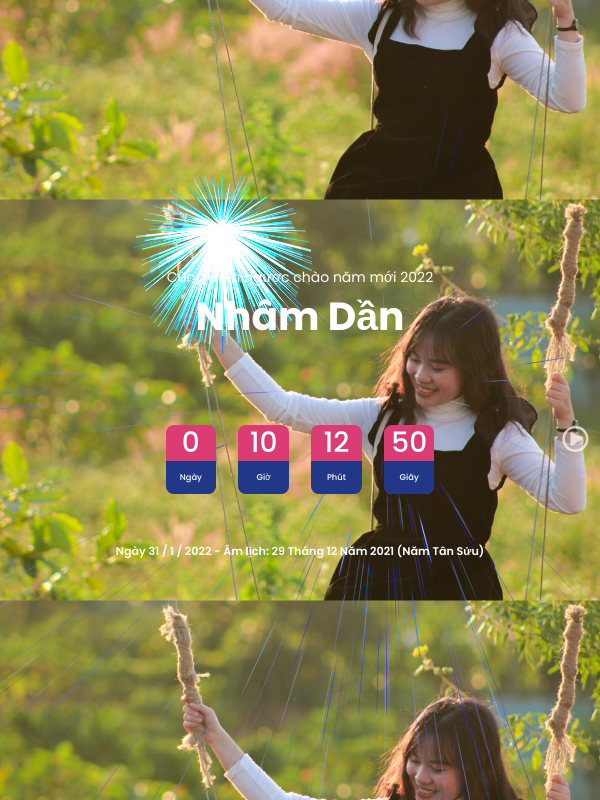
Repository: nguyenban1903/nguyenban1903.github.io
Page: huonggiangcountdown/index.html
The author's editor kept a copy of each file at every save. The page is drawn from the files as they stood at one save, then again after the next save.
The browser window is 600 px wide. The pictures show the whole page.
Some web libraries are served in a nearby version.

Above is the page before, as saved 2022-01-31 14:07:17.

### huonggiangcountdown/index.html
<!DOCTYPE html>
<html lang="en">
  <head>
    <meta charset="UTF-8" />
    <meta http-equiv="X-UA-Compatible" content="IE=edge" />
    <meta name="viewport" content="width=device-width, initial-scale=1.0" />
    <title>Happy New Year - Lunar New Year Vietnamese</title>
    <link rel="shortcut icon" href="./assets/icon/dobee.ico" type="image/x-icon">
    <link rel="icon" href="./assets/icon/dobee.ico" type="image/x-icon">
    <link rel="preconnect" href="https://fonts.googleapis.com" />
    <link rel="preconnect" href="https://fonts.gstatic.com" crossorigin />
    <link
      href="https://fonts.googleapis.com/css2?family=Poppins:wght@300;400;500;600;700;800;900&display=swap"
      rel="stylesheet"
    />
    <link rel="stylesheet" href="https://pro.fontawesome.com/releases/v5.10.0/css/all.css" integrity="sha384-AYmEC3Yw5cVb3ZcuHtOA93w35dYTsvhLPVnYs9eStHfGJvOvKxVfELGroGkvsg+p" crossorigin="anonymous"/>
    <link rel="stylesheet" href="./assets/css/style.css" />
  </head>
  <body>
    <div class="content-wrapper">
      <p class="header">
        Cùng đếm ngược chào năm mới <span id="newyear-positive">0000</span>
      </p>
      <h1 class="newyear">---</h1>
      <div class="time">
        <div class="time-box">
          <div class="time-box__count">
            <span id="days">0</span>
          </div>
          <div class="time-box__text">Ngày</div>
        </div>
        <div class="time-box">
          <div class="time-box__count">
            <span id="hours">0</span>
          </div>
          <div class="time-box__text">Giờ</div>
        </div>
        <div class="time-box">
          <div class="time-box__count">
            <span id="minutes">0</span>
          </div>
          <div class="time-box__text">Phút</div>
        </div>
        <div class="time-box">
          <div class="time-box__count">
            <span id="seconds">0</span>
          </div>
          <div class="time-box__text">Giây</div>
        </div>
      </div>

      <div class="current-date">
        <span class="date-positive">----</span>
        <span class="date-lunar">---</span>
      </div>
      <div class="musics">
        <i class="far fa-play-circle play-btn"></i>
        <i class="far fa-pause-circle pause-btn hide"></i>
      </div>
    </div>
    <div
      class="firework-container"
      style="background-image: url('./assets/img/g5.jpg')"
    ></div>
    <script src="./assets/js/fireworks.js"></script>
    <script src="./assets/js/amlich-nbd.js"></script>
    <script src="./assets/js/app.js"></script>
  </body>
</html>

### huonggiangcountdown/assets/css/style.css
:root {
  --txt-color: #fff;
  --timer-box-bg: #db3c74;
  --timer-box-txt-bg: #203887;
}

* {
  margin: 0;
  padding: 0;
  box-sizing: border-box;
}

html {
  user-select: none;
  font-family: "Poppins", sans-serif;
}

body {
  height: 100vh;
  color: var(--txt-color);
  overflow: hidden;
}

.firework-container {
  position: fixed;
  z-index: 0;
  left: 0;
  top: 0;
  width: 100%;
  height: 100%;
  background-position: right;
  background-size: contain;
  background-repeat: repeat;
}

.content-wrapper {
  position: absolute;
  z-index: 999;
  top: 0;
  left: -80px;
  width: 100%;
  height: 100%;
  display: flex;
  flex-direction: column;
  justify-content: center;
  align-items: center;
}

.header {
  font-size: 2rem;
  font-weight: 400;
  margin-bottom: 15px;
}

.newyear {
  font-size: 5rem;
  font-weight: 700;
  line-height: 1.5;
  margin-bottom: 27px
}

.time {
  display: flex;
  justify-content: center;
  align-items: center;
}

.time > * ~ * {
  margin-left: 4rem;
}

.time-box {
  background-color: var(--timer-box-bg);
  border-radius: 8px;
}

.time-box__count {
  width: 9rem;
  height: 9rem;
  display: flex;
  flex-direction: column;
  align-items: center;
  justify-content: center;
}

.time-box__count > span {
  font-size: 5rem;
  font-weight: 500;
}

.time-box__text {
  background-color: var(--timer-box-txt-bg);
  font-size: 1.5rem;
  font-weight: 500;
  text-align: center;
  padding: 10px 0;
  border-bottom-left-radius: 8px;
  border-bottom-right-radius: 8px;
}

.current-date {
  position: absolute;
  bottom: 25px;
}

.date-positive {
  font-size: 1.3rem;
  font-weight: 400;
}

.date-lunar {
  font-size: 1.3rem;
  font-weight: 400;
}

.musics {
  position: absolute;
  bottom: 26px;
  right: 24px;
  cursor: pointer;
}
.hide {
  display: none;
}
.musics > i {
  font-size: 2.4rem;
  opacity: 0.7;
}

@keyframes rotateBtn {
  from {
    transform: rotate(0);
  }
  to {
    transform: rotate(360deg);
  }
}

@media only screen and (min-width: 701px) and (max-width: 1200px) {
  html {
    font-size: 55%;
  }
  .content-wrapper{
    left: 0;
  }
  .header {
    font-size: 3rem;
    font-weight: 400;
  }
  .newyear {
    margin-bottom: 1.5em;
    font-size: 10rem;
    font-weight: 700;
    line-height: 2;
  }
  .time{
    bottom: 8em;
  }
  .time-box{
    height:12em;
  }
  .time-box__count{
    display: flex;
    flex-direction: column;
    align-items: center;
    justify-content: center;
  }
  .current-date {
    bottom: 8em;
  }
  .date-positive {
    font-size: 1.5rem;
    font-weight: 600;
  }
  .date-lunar {
    font-size: 1.5rem;
    font-weight: 600;
  }
  .musics {
    bottom: 10em;
    right: 1em;
  }
  .musics > i {
    font-size: 3.6rem;
    opacity: 0.7;
  }
}

@media only screen and (max-width: 700px) {
  html {
    font-size: 35%;
  }
  .content-wrapper{
    left: 0;
    margin: 0;
    padding: auto;
  }
  .header {
    margin-bottom: 0;
    font-size: 2.5rem;
    text-align: center;
  }
  .newyear {
    margin-bottom: 2em;
    font-size: 7rem;
    font-weight: 700;
    line-height: 1.5;
    text-align: center;
  }
  .time{
    padding-bottom: 7em;
  }
  .time-box__count{
    height: 6.5em;
  }
  .date-positive {
    font-size: 2rem;
    font-weight: 600;
    text-align: center;
  }
  .current-date {
    /* position : absolute; */
    text-align: center;
    font-size: 1.7em;
    bottom: 30%;
  }
  .date-lunar {
    font-size: 2rem;
    font-weight: 600;
  }
  .musics {
    bottom: 62em;
    right: 2em;
  }
  .musics > i {
    font-size: 4.8rem;
    opacity: 0.7;
  }

}

### huonggiangcountdown/assets/js/amlich-nbd.js
const CAN = [ "Giáp", "Ất", "Bính", "Đinh", "Mậu", "Kỷ", "Canh", "Tân", "Nhâm", "Quý", ];
const CHI = [ "Tý", "Sửu", "Dần", "Mão", "Thìn", "Tỵ", "Ngọ", "Mùi", "Thân", "Dậu", "Tuất", "Hợi", ];

TK13 = new Array(
    0x226da2, 0x4695d0, 0x3349dc, 0x5849b0, 0x42a4b0, 0x2aaab8, 0x506a50, 0x3ab540, 0x24bb44, 0x48ab6,
    0x3495b0, 0x205372, 0x464970, 0x2e64f9, 0x5454b0, 0x3e6a50, 0x296c57, 0x4c5ac0, 0x36ab60, 0x2386e,
    0x4892e0, 0x30c97c, 0x56c960, 0x40d4a0, 0x2adaa8, 0x4eb550, 0x3a56a0, 0x24adb5, 0x4c25d0, 0x3492e,
    0x1ed2b2, 0x44a950, 0x2ed4d9, 0x52b2a0, 0x3cb550, 0x285757, 0x4e4da0, 0x36a5b0, 0x225574, 0x4852b,
    0x33a93c, 0x566930, 0x406aa0, 0x2aada8, 0x50ab50, 0x3a4b60, 0x24aae4, 0x4aa570, 0x365270, 0x1f526,
    0x42e530, 0x2e6cba, 0x5456a0, 0x3c5b50, 0x294ad6, 0x4e4ae0, 0x38a4e0, 0x20d4d4, 0x46d260, 0x30d53,
    0x56b520, 0x3eb6a0, 0x2b56a9, 0x505570, 0x3c49d0, 0x25a1b5, 0x4aa4b0, 0x34aa50, 0x1eea51, 0x42b52,
    0x2cb5aa, 0x52ab60, 0x3e95b0, 0x284b76, 0x4e4970, 0x3864b0, 0x22b4b3, 0x466a50, 0x306b3b, 0x565ac,
    0x40ab60, 0x2b2ad8, 0x5049e0, 0x3aa4d0, 0x24d4b5, 0x48b250, 0x32b520, 0x1cf522, 0x42b5a0, 0x2c95e,
    0x5295b0, 0x3e49b0, 0x28a576, 0x4ca4b0, 0x36aa50, 0x20ba54, 0x466d40, 0x2ead6c, 0x54ab60, 0x409370
  )
  TK14 = new Array(
    0x2d49b8, 0x504970, 0x3a64b0, 0x246ca5, 0x48da50, 0x325aa0, 0x1cd6c1, 0x42a6e0, 0x2e92fb, 0x5292e,
    0x3cc960, 0x26d557, 0x4cd4a0, 0x34d550, 0x215553, 0x4656a0, 0x30a6d0, 0x1aa5d1, 0x4092b0, 0x2aa5b,
    0x50a950, 0x38b2a0, 0x23b2a5, 0x48ad50, 0x344da0, 0x1ccba1, 0x42a570, 0x2e52f9, 0x545270, 0x3c693,
    0x266b37, 0x4c6aa0, 0x36ab50, 0x205753, 0x464b60, 0x30a67c, 0x56a2e0, 0x3ed160, 0x28e968, 0x4ed4a,
    0x38daa0, 0x225ea5, 0x4856d0, 0x344ae0, 0x1f85d2, 0x42a2d0, 0x2cd17a, 0x52aa50, 0x3cb520, 0x24d74,
    0x4aada0, 0x3655d0, 0x2253b3, 0x4645b0, 0x30a2b0, 0x1ba2b1, 0x40aa50, 0x28b559, 0x4e6b20, 0x38ad6,
    0x255365, 0x489370, 0x344570, 0x1ea573, 0x4452b0, 0x2c6a6a, 0x50d950, 0x3c5aa0, 0x27aac7, 0x4aa6e,
    0x3652e0, 0x20cae3, 0x46a560, 0x2ed2bb, 0x54d2a0, 0x3ed550, 0x2a5ad9, 0x4e56a0, 0x38a6d0, 0x2455d,
    0x4a52b0, 0x32a8d0, 0x1ce552, 0x42b2a0, 0x2cb56a, 0x50ad50, 0x3c4da0, 0x26a7a6, 0x4ca570, 0x3651b,
    0x21a174, 0x466530, 0x316a9c, 0x545aa0, 0x3eab50, 0x2a2bd9, 0x502b60, 0x38a370, 0x2452e5, 0x48d160
  )
  TK15 = new Array(
    0x32e4b0, 0x1c7523, 0x40daa0, 0x2d5b4b, 0x5256d0, 0x3c2ae0, 0x26a3d7, 0x4ca2d0, 0x36d150, 0x1ed95,
    0x44b520, 0x2eb69c, 0x54ada0, 0x3e55d0, 0x2b25b9, 0x5045b0, 0x3aa2b0, 0x22aab5, 0x48a950, 0x32b52,
    0x1ceaa1, 0x40ab60, 0x2c55bc, 0x524b70, 0x3e4570, 0x265377, 0x4c52b0, 0x366950, 0x216954, 0x445aa,
    0x2eab5c, 0x54a6e0, 0x404ae0, 0x28a5e8, 0x4ea560, 0x38d2a0, 0x22eaa6, 0x46d550, 0x3256a0, 0x1d95a,
    0x4295d0, 0x2c4afb, 0x5249b0, 0x3ca4d0, 0x26d2d7, 0x4ab2a0, 0x34b550, 0x205d54, 0x462da0, 0x2e95b,
    0x1b1571, 0x4049b0, 0x2aa4f9, 0x4e64b0, 0x386a90, 0x22aea6, 0x486b50, 0x322b60, 0x1caae2, 0x42937,
    0x2f496b, 0x50c960, 0x3ae4d0, 0x266b27, 0x4adaa0, 0x345ad0, 0x2036d3, 0x4626e0, 0x3092e0, 0x18d2d,
    0x3ec950, 0x28d4d9, 0x4eb4a0, 0x36b690, 0x2355a6, 0x4855b0, 0x3425d0, 0x1ca5b2, 0x4292b0, 0x2ca97,
    0x526950, 0x3a74a0, 0x24b5a8, 0x4aab60, 0x3653b0, 0x202b74, 0x462570, 0x3052b0, 0x1ad2b1, 0x3e695,
    0x286ad9, 0x4e5aa0, 0x38ab50, 0x224ed5, 0x484ae0, 0x32a370, 0x1f44e3, 0x40d2a0, 0x2bd94b, 0x50b550
  )
  TK16 = new Array(
    0x3c56a0, 0x2497a7, 0x4a95d0, 0x364ae0, 0x20a9b4, 0x44a4d0, 0x2ed250, 0x19aaa1, 0x3eb550, 0x2856d,
    0x4e2da0, 0x3895b0, 0x244b75, 0x484970, 0x32a4b0, 0x1cb4b4, 0x426a90, 0x2aad5c, 0x505b50, 0x3c2b6,
    0x2695e8, 0x4a92f0, 0x364970, 0x206964, 0x44d4a0, 0x2cea5c, 0x52d690, 0x3e56d0, 0x2b2b5a, 0x4e26e,
    0x3892e0, 0x22cad6, 0x48c950, 0x30d4a0, 0x1af4a2, 0x40b590, 0x2c56dc, 0x5055b0, 0x3c25d0, 0x2693b,
    0x4c92b0, 0x34a950, 0x1fb155, 0x446ca0, 0x2ead50, 0x192b61, 0x3e4bb0, 0x2a25f9, 0x502570, 0x3852b,
    0x22aaa6, 0x46e950, 0x326aa0, 0x1abaa3, 0x40ab50, 0x2c4b7b, 0x524ae0, 0x3aa570, 0x2652d7, 0x4ad26,
    0x34d950, 0x1e5d55, 0x4456a0, 0x2e96d0, 0x1a55d2, 0x3e4ae0, 0x28a4fa, 0x4ea4d0, 0x38d250, 0x20d69,
    0x46b550, 0x3235a0, 0x1caba2, 0x4095b0, 0x2d49bc, 0x524970, 0x3ca4b0, 0x24b2b8, 0x4a6a50, 0x346d4,
    0x1fab54, 0x442ba0, 0x2e9370, 0x2e52f2, 0x544970, 0x3c64e9, 0x60d4a0, 0x4aea50, 0x373aa6, 0x5a56d,
    0x462b60, 0x3185e3, 0x5692e0, 0x3ec97b, 0x64a950, 0x4ed4a0, 0x38daa8, 0x5cb550, 0x4856b0, 0x342da4
  )
  TK17 = new Array(
    0x58a5d0, 0x4292d0, 0x2cd2b2, 0x52a950, 0x3cb4d9, 0x606aa0, 0x4aad50, 0x365756, 0x5c4ba0, 0x44a5b,
    0x314573, 0x5652b0, 0x41a94b, 0x62e950, 0x4e6aa0, 0x38ada8, 0x5e9b50, 0x484b60, 0x32aae4, 0x58a4f,
    0x445260, 0x2bd262, 0x50d550, 0x3d5a9a, 0x6256a0, 0x4a96d0, 0x3749d6, 0x5c49e0, 0x46a4d0, 0x2ed4d,
    0x54d250, 0x3ed53b, 0x64b540, 0x4cb5a0, 0x3995a8, 0x5e95b0, 0x4a49b0, 0x32a974, 0x58a4b0, 0x42aa5,
    0x2cea51, 0x506d40, 0x3aadbb, 0x622b60, 0x4c9370, 0x364af6, 0x5c4970, 0x4664b0, 0x3074a3, 0x52da5,
    0x3e6b5b, 0x6456d0, 0x502ae0, 0x3893e7, 0x5e92e0, 0x48c960, 0x33d155, 0x56d4a0, 0x40da50, 0x2d355,
    0x5256a0, 0x3aa6fa, 0x6225d0, 0x4c92d0, 0x36aab6, 0x5aa950, 0x44b4a0, 0x2ebaa4, 0x54ad50, 0x3f55a,
    0x644ba0, 0x4ea5b0, 0x3b5278, 0x5e52b0, 0x486930, 0x327555, 0x586aa0, 0x40ab50, 0x2c5b52, 0x524b6,
    0x3da56a, 0x60a4f0, 0x4c5260, 0x34ea66, 0x5ad530, 0x445aa0, 0x2eb6a3, 0x5496d0, 0x404ae0, 0x28c9d,
    0x4ea4d0, 0x38d2d8, 0x5eb250, 0x46b520, 0x31d545, 0x56ada0, 0x4295d0, 0x2c55b2, 0x5249b0, 0x3ca4f9
  )
  TK18 = new Array(
    0x62a4b0, 0x4caa50, 0x37b457, 0x5c6b40, 0x46ada0, 0x305b64, 0x569370, 0x424970, 0x2cc971, 0x5064b,
    0x3a6aa8, 0x5eda50, 0x4a5aa0, 0x32aec5, 0x58a6e0, 0x4492f0, 0x3052e2, 0x52c960, 0x3dd49a, 0x62d4a,
    0x4cd550, 0x365b57, 0x5c56a0, 0x46a6d0, 0x3295d4, 0x5692d0, 0x40a95c, 0x2ad4b0, 0x50b2a0, 0x38b5a,
    0x5ead50, 0x4a4da0, 0x34aba4, 0x58a570, 0x4452b0, 0x2eb273, 0x546930, 0x3c6abb, 0x626aa0, 0x4cab5,
    0x394b57, 0x5c4b60, 0x46a570, 0x3252e4, 0x56d160, 0x3ee93c, 0x64d520, 0x4edaa0, 0x3b5b29, 0x5e56d,
    0x4a4ae0, 0x34a5d5, 0x5aa2d0, 0x42d150, 0x2cea52, 0x52b520, 0x3cd6ab, 0x60ada0, 0x4c55d0, 0x384bb,
    0x5e45b0, 0x46a2b0, 0x30d2b4, 0x56aa50, 0x41b52c, 0x646b20, 0x4ead60, 0x3a55e9, 0x609370, 0x4a457,
    0x34a575, 0x5a52b0, 0x446a50, 0x2d5a52, 0x525aa0, 0x3dab4b, 0x62a6e0, 0x4c92e0, 0x36c6e6, 0x5ca56,
    0x46d4a0, 0x2eeaa5, 0x54d550, 0x4056a0, 0x2ad5a1, 0x4ea5d0, 0x3b52d9, 0x6052b0, 0x4aa950, 0x32d55,
    0x58b2a0, 0x42b550, 0x2e6d52, 0x524da0, 0x3da5cb, 0x62a570, 0x4e51b0, 0x36a977, 0x5c6530, 0x466a90
  )
  TK19 = new Array(
    0x30baa3, 0x56ab50, 0x422ba0, 0x2cab61, 0x52a370, 0x3c51e8, 0x60d160, 0x4ae4b0, 0x376926, 0x58daa0,
    0x445b50, 0x3116d2, 0x562ae0, 0x3ea2e0, 0x28e2d2, 0x4ec950, 0x38d556, 0x5cb520, 0x46b690, 0x325da4,
    0x5855d0, 0x4225d0, 0x2ca5b3, 0x52a2b0, 0x3da8b7, 0x60a950, 0x4ab4a0, 0x35b2a5, 0x5aad50, 0x4455b0,
    0x302b74, 0x562570, 0x4052f9, 0x6452b0, 0x4e6950, 0x386d56, 0x5e5aa0, 0x46ab50, 0x3256d4, 0x584ae0,
    0x42a570, 0x2d4553, 0x50d2a0, 0x3be8a7, 0x60d550, 0x4a5aa0, 0x34ada5, 0x5a95d0, 0x464ae0, 0x2eaab4,
    0x54a4d0, 0x3ed2b8, 0x64b290, 0x4cb550, 0x385757, 0x5e2da0, 0x4895d0, 0x324d75, 0x5849b0, 0x42a4b0,
    0x2da4b3, 0x506a90, 0x3aad98, 0x606b50, 0x4c2b60, 0x359365, 0x5a9370, 0x464970, 0x306964, 0x52e4a0,
    0x3cea6a, 0x62da90, 0x4e5ad0, 0x392ad6, 0x5e2ae0, 0x4892e0, 0x32cad5, 0x56c950, 0x40d4a0, 0x2bd4a3,
    0x50b690, 0x3a57a7, 0x6055b0, 0x4c25d0, 0x3695b5, 0x5a92b0, 0x44a950, 0x2ed954, 0x54b4a0, 0x3cb550,
    0x286b52, 0x4e55b0, 0x3a2776, 0x5e2570, 0x4852b0, 0x32aaa5, 0x56e950, 0x406aa0, 0x2abaa3, 0x50ab50
  ) /* Years 1800-1899 */
  TK20 = new Array(
    0x3c4bd8, 0x624ae0, 0x4ca570, 0x3854d5, 0x5cd260, 0x44d950, 0x315554, 0x5656a0, 0x409ad0, 0x2a55d2,
    0x504ae0, 0x3aa5b6, 0x60a4d0, 0x48d250, 0x33d255, 0x58b540, 0x42d6a0, 0x2cada2, 0x5295b0, 0x3f4977,
    0x644970, 0x4ca4b0, 0x36b4b5, 0x5c6a50, 0x466d40, 0x2fab54, 0x562b60, 0x409570, 0x2c52f2, 0x504970,
    0x3a6566, 0x5ed4a0, 0x48ea50, 0x336a95, 0x585ad0, 0x442b60, 0x2f86e3, 0x5292e0, 0x3dc8d7, 0x62c950,
    0x4cd4a0, 0x35d8a6, 0x5ab550, 0x4656a0, 0x31a5b4, 0x5625d0, 0x4092d0, 0x2ad2b2, 0x50a950, 0x38b557,
    0x5e6ca0, 0x48b550, 0x355355, 0x584da0, 0x42a5b0, 0x2f4573, 0x5452b0, 0x3ca9a8, 0x60e950, 0x4c6aa0,
    0x36aea6, 0x5aab50, 0x464b60, 0x30aae4, 0x56a570, 0x405260, 0x28f263, 0x4ed940, 0x38db47, 0x5cd6a0,
    0x4896d0, 0x344dd5, 0x5a4ad0, 0x42a4d0, 0x2cd4b4, 0x52b250, 0x3cd558, 0x60b540, 0x4ab5a0, 0x3755a6,
    0x5c95b0, 0x4649b0, 0x30a974, 0x56a4b0, 0x40aa50, 0x29aa52, 0x4e6d20, 0x39ad47, 0x5eab60, 0x489370,
    0x344af5, 0x5a4970, 0x4464b0, 0x2c74a3, 0x50ea50, 0x3d6a58, 0x6256a0, 0x4aaad0, 0x3696d5, 0x5c92e0
  ) /* Years 1900-1999 */
  TK21 = new Array(
    0x46c960, 0x2ed954, 0x54d4a0, 0x3eda50, 0x2a7552, 0x4e56a0, 0x38a7a7, 0x5ea5d0, 0x4a92b0, 0x32aab5,
    0x58a950, 0x42b4a0, 0x2cbaa4, 0x50ad50, 0x3c55d9, 0x624ba0, 0x4ca5b0, 0x375176, 0x5c5270, 0x466930,
    0x307934, 0x546aa0, 0x3ead50, 0x2a5b52, 0x504b60, 0x38a6e6, 0x5ea4e0, 0x48d260, 0x32ea65, 0x56d520,
    0x40daa0, 0x2d56a3, 0x5256d0, 0x3c4afb, 0x6249d0, 0x4ca4d0, 0x37d0b6, 0x5ab250, 0x44b520, 0x2edd25,
    0x54b5a0, 0x3e55d0, 0x2a55b2, 0x5049b0, 0x3aa577, 0x5ea4b0, 0x48aa50, 0x33b255, 0x586d20, 0x40ad60,
    0x2d4b63, 0x525370, 0x3e49e8, 0x60c970, 0x4c54b0, 0x3768a6, 0x5ada50, 0x445aa0, 0x2fa6a4, 0x54aad0,
    0x4052e0, 0x28d2e3, 0x4ec950, 0x38d557, 0x5ed4a0, 0x46d950, 0x325d55, 0x5856a0, 0x42a6d0, 0x2c55d4,
    0x5252b0, 0x3ca9b8, 0x62a930, 0x4ab490, 0x34b6a6, 0x5aad50, 0x4655a0, 0x2eab64, 0x54a570, 0x4052b0,
    0x2ab173, 0x4e6930, 0x386b37, 0x5e6aa0, 0x48ad50, 0x332ad5, 0x582b60, 0x42a570, 0x2e52e4, 0x50d160,
    0x3ae958, 0x60d520, 0x4ada90, 0x355aa6, 0x5a56d0, 0x462ae0, 0x30a9d4, 0x54a2d0, 0x3ed150, 0x28e952
  ) /* Years 2000-2099 */
  TK22 = new Array(
    0x4eb520, 0x38d727, 0x5eada0, 0x4a55b0, 0x362db5, 0x5a45b0, 0x44a2b0, 0x2eb2b4, 0x54a950, 0x3cb559,
    0x626b20, 0x4cad50, 0x385766, 0x5c5370, 0x484570, 0x326574, 0x5852b0, 0x406950, 0x2a7953, 0x505aa0,
    0x3baaa7, 0x5ea6d0, 0x4a4ae0, 0x35a2e5, 0x5aa550, 0x42d2a0, 0x2de2a4, 0x52d550, 0x3e5abb, 0x6256a0,
    0x4c96d0, 0x3949b6, 0x5e4ab0, 0x46a8d0, 0x30d4b5, 0x56b290, 0x40b550, 0x2a6d52, 0x504da0, 0x3b9567,
    0x609570, 0x4a49b0, 0x34a975, 0x5a64b0, 0x446a90, 0x2cba94, 0x526b50, 0x3e2b60, 0x28ab61, 0x4c9570,
    0x384ae6, 0x5cd160, 0x46e4a0, 0x2eed25, 0x54da90, 0x405b50, 0x2c36d3, 0x502ae0, 0x3a93d7, 0x6092d0,
    0x4ac950, 0x32d556, 0x58b4a0, 0x42b690, 0x2e5d94, 0x5255b0, 0x3e25fa, 0x6425b0, 0x4e92b0, 0x36aab6,
    0x5c6950, 0x4674a0, 0x31b2a5, 0x54ad50, 0x4055a0, 0x2aab73, 0x522570, 0x3a5377, 0x6052b0, 0x4a6950,
    0x346d56, 0x585aa0, 0x42ab50, 0x2e56d4, 0x544ae0, 0x3ca570, 0x2864d2, 0x4cd260, 0x36eaa6, 0x5ad550,
    0x465aa0, 0x30ada5, 0x5695d0, 0x404ad0, 0x2aa9b3, 0x50a4d0, 0x3ad2b7, 0x5eb250, 0x48b540, 0x33d556
  ) /* Years 2100-2199 */
const months = [01, 02, 03, 04, 05, 06, 07, 08, 09, 10, 11, 12];
const FIRST_DAY = jdn(31, 1, 1200)
const LAST_DAY = jdn(31, 12, 2199)
const PI = Math.PI
const today = new Date()
const currentLunarDate = getLunarDate(today.getDate(), today.getMonth()+1, today.getFullYear())
const currentMonth = today.getMonth()+1
const currentYear = today.getFullYear();
function INT(d) {
    return Math.floor(d);
}

function LunarDate(dd, mm, yy, leap, jd) {
    this.day = dd;
    this.month = mm;
    this.year = yy;
    this.leap = leap;
    this.jd = jd;
}

function jdn(dd, mm, yy) {
    var a = INT((14 - mm) / 12);
    var y = yy+4800-a;
    var m = mm+12*a-3;
    var jd = dd + INT((153*m+2)/5) + 365*y + INT(y/4) - INT(y/100) + INT(y/400) - 32045;
    return jd;
    //return 367*yy - INT(7*(yy+INT((mm+9)/12))/4) - INT(3*(INT((yy+(mm-9)/7)/100)+1)/4) + INT(275*mm/9)+dd+1721029;
}

function decodeLunarYear(yy, k) {
    var monthLengths, regularMonths, offsetOfTet, leapMonth, leapMonthLength, solarNY, currentJD, j, mm;
    var ly = new Array();
    monthLengths = new Array(29, 30);
    regularMonths = new Array(12);
    offsetOfTet = k >> 17;
    leapMonth = k & 0xf;
    leapMonthLength = monthLengths[k >> 16 & 0x1];
    solarNY = jdn(1, 1, yy);
    currentJD = solarNY+offsetOfTet;
    j = k >> 4;
    for(i = 0; i < 12; i++) {
      regularMonths[12 - i - 1] = monthLengths[j & 0x1];
      j >>= 1;
    }
    if (leapMonth == 0) {
      for(mm = 1; mm <= 12; mm++) {
        ly.push(new LunarDate(1, mm, yy, 0, currentJD));
        currentJD += regularMonths[mm-1];
      }
    } else {
      for(mm = 1; mm <= leapMonth; mm++) {
        ly.push(new LunarDate(1, mm, yy, 0, currentJD));
        currentJD += regularMonths[mm-1];
      }
      ly.push(new LunarDate(1, leapMonth, yy, 1, currentJD));
      currentJD += leapMonthLength;
      for(mm = leapMonth+1; mm <= 12; mm++) {
        ly.push(new LunarDate(1, mm, yy, 0, currentJD));
        currentJD += regularMonths[mm-1];
      }
    }
    return ly;
  }

  function getYearInfo(yyyy) {
    var yearCode;
    if (yyyy < 1300) {
      yearCode = TK13[yyyy - 1200];
    } else if (yyyy < 1400) {
      yearCode = TK14[yyyy - 1300];
    } else if (yyyy < 1500) {
      yearCode = TK15[yyyy - 1400];
    } else if (yyyy < 1600) {
      yearCode = TK16[yyyy - 1500];
    } else if (yyyy < 1700) {
      yearCode = TK17[yyyy - 1600];
    } else if (yyyy < 1800) {
      yearCode = TK18[yyyy - 1700];
    } else if (yyyy < 1900) {
      yearCode = TK19[yyyy - 1800];
    } else if (yyyy < 2000) {
      yearCode = TK20[yyyy - 1900];
    } else if (yyyy < 2100) {
      yearCode = TK21[yyyy - 2000];
    } else {
      yearCode = TK22[yyyy - 2100];
    }
    return decodeLunarYear(yyyy, yearCode);
  }

  function findLunarDate(jd, ly) {
    if (jd > LAST_DAY || jd < FIRST_DAY || ly[0].jd > jd) {
      return new LunarDate(0, 0, 0, 0, jd);
    }
    var i = ly.length-1;
    while (jd < ly[i].jd) {
      i--;
    }
    var off = jd - ly[i].jd;
    ret = new LunarDate(ly[i].day+off, ly[i].month, ly[i].year, ly[i].leap, jd);
    return ret;
  }

  function getLunarDate(dd, mm, yyyy) {
    var ly, jd;
    if (yyyy < 1300 || 2199 < yyyy) {
      //return new LunarDate(0, 0, 0, 0, 0);
    }
    ly = getYearInfo(yyyy);
    jd = jdn(dd, mm, yyyy);
    if (jd < ly[0].jd) {
      ly = getYearInfo(yyyy - 1);
    }
    return findLunarDate(jd, ly);
  }

function getYearCanChi(year) {
    return CAN[(year + 6) % 10] + " " + CHI[(year + 8) % 12];
}

### huonggiangcountdown/assets/js/app.js
const fireWorkContainer = document.querySelector(".firework-container");
const daySpan = document.querySelector("#days");
const hourSpan = document.querySelector("#hours");
const minuteSpan = document.querySelector("#minutes");
const secondSpan = document.querySelector("#seconds");
const lunarTimeSpan = document.querySelector(".date-lunar");
const positiveTimeSpan = document.querySelector(".date-positive");
const newYearPositive = document.querySelector("#newyear-positive");
const newYearLunar = document.querySelector(".newyear");
const musicPlay = document.querySelector(".musics");
const playBtn = document.querySelector(".play-btn");
const pauseBtn = document.querySelector(".pause-btn");
const songs = [
  {
      name: "Năm qua tôi đã làm gì",
      path: './assets/music/NamQuaToiDaLamGi.mp3',
  },
  {
      name: "1 năm mới bình an",
      path: './assets/music/1nammoibinhan.mp3',
  },
  {
      name: "Happy New Year",
      path: "./assets/music/HappyNewYear-ABBA.mp3"
  }
];
let isPlaying = false
let currSong, flag = 0
const audio = new Audio()

const firework = new Fireworks(fireWorkContainer, {
  speech: 4,
  acceleration: 2,
  friction: 1,
  gravity: 4,
  particles: 600,
  explosion: 10,
});

const nowYear = new Date();
newYearPositive.innerHTML = nowYear.getFullYear();
newYearLunar.innerHTML = getYearCanChi(nowYear.getFullYear());

const countdown = () => {
  const datePos = nowYear.getDate();
  const monthPos = months[nowYear.getMonth()];
  const yearPos = nowYear.getFullYear();

  const dayLunar = getLunarDate(datePos, monthPos, nowYear.getFullYear()).day
  const monthLunar = getLunarDate(datePos, monthPos, nowYear.getFullYear()).month
  const yearLunar = getLunarDate(datePos, monthPos, nowYear.getFullYear()).year

  const countDateTime = new Date(yearLunar + 1, months[0], 1).getTime();
  const nowTime = new Date().getTime();
  const distance = countDateTime - nowTime;

  const days = Math.floor(distance / (1000 * 60 * 60 * 24));
  const hours = Math.floor((distance % (1000 * 60 * 60 * 24)) / (1000 * 60 * 60));
  const minutes = Math.floor((distance % (1000 * 60 * 60)) / (1000 * 60));
  const seconds = Math.floor((distance % (1000 * 60)) / 1000);

  daySpan.innerHTML = days;
  hourSpan.innerHTML = hours;
  minuteSpan.innerHTML = minutes;
  secondSpan.innerHTML = seconds;
  positiveTimeSpan.innerHTML = `Ngày ${datePos} / ${monthPos} / ${yearPos} - `
  lunarTimeSpan.innerHTML = `Âm lịch: ${dayLunar} Tháng ${monthLunar} Năm ${nowYear.getFullYear() - 1}
    (Năm ${getYearCanChi(nowYear.getFullYear() - 1)})`;
  if (distance < 0) {
    clearInterval(countdownInterval);
  }
};

const handleEvent = () => {
  musicPlay.addEventListener("click", (e) => {
      if (isPlaying) {
          playBtn.classList.remove("hide")
          pauseBtn.classList.add("hide")
          currSong.pause()
      } else {
          playBtn.classList.add("hide")
          pauseBtn.classList.remove("hide")
          pauseBtn.style.animation = 'rotateBtn 2s linear 0.2s infinite'
          selectTrack(flag)
      }
  })
}

function  selectTrack(flag) {
  songs.forEach((song, index) => {
      if (flag === index) {
          initPlayer(song.path, (flag) => {
              selectTrack(flag)
          });
      }
  })
}

function initPlayer(url, callback) {
  audio.src = url
  if (audio.src !== undefined) {
      audio.play()
  }
  audio.volume = 0.3
  audio.onplay = () => {
      isPlaying = true
      currSong = audio
  }
  audio.onpause = () => {
      isPlaying = false
      currSong = null
  }
  audio.onended = () => {
      isPlaying = false
      currSong = null
      if (flag < songs.length - 1 ) {
          callback(++flag)
      } else {
          flag = 0
          callback(flag)
      }
  }
}

firework.start();
countdown();
handleEvent();
const countdownInterval = setInterval(countdown, 1000);

Loaded but not shown: huonggiangcountdown/assets/js/fireworks.js (library)

After the next save:
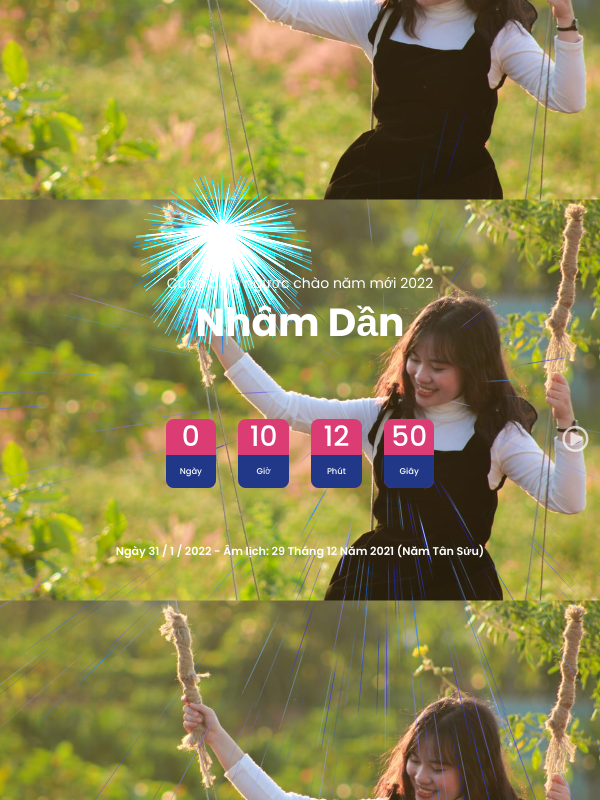
Saved 6 min 43 s later.
--- a/huonggiangcountdown/assets/css/style.css
+++ b/huonggiangcountdown/assets/css/style.css
@@ -201,7 +201,7 @@ body {
     text-align: center;
   }
   .newyear {
-    margin-bottom: 2em;
+    margin-bottom: 1.7em;
     font-size: 7rem;
     font-weight: 700;
     line-height: 1.5;
